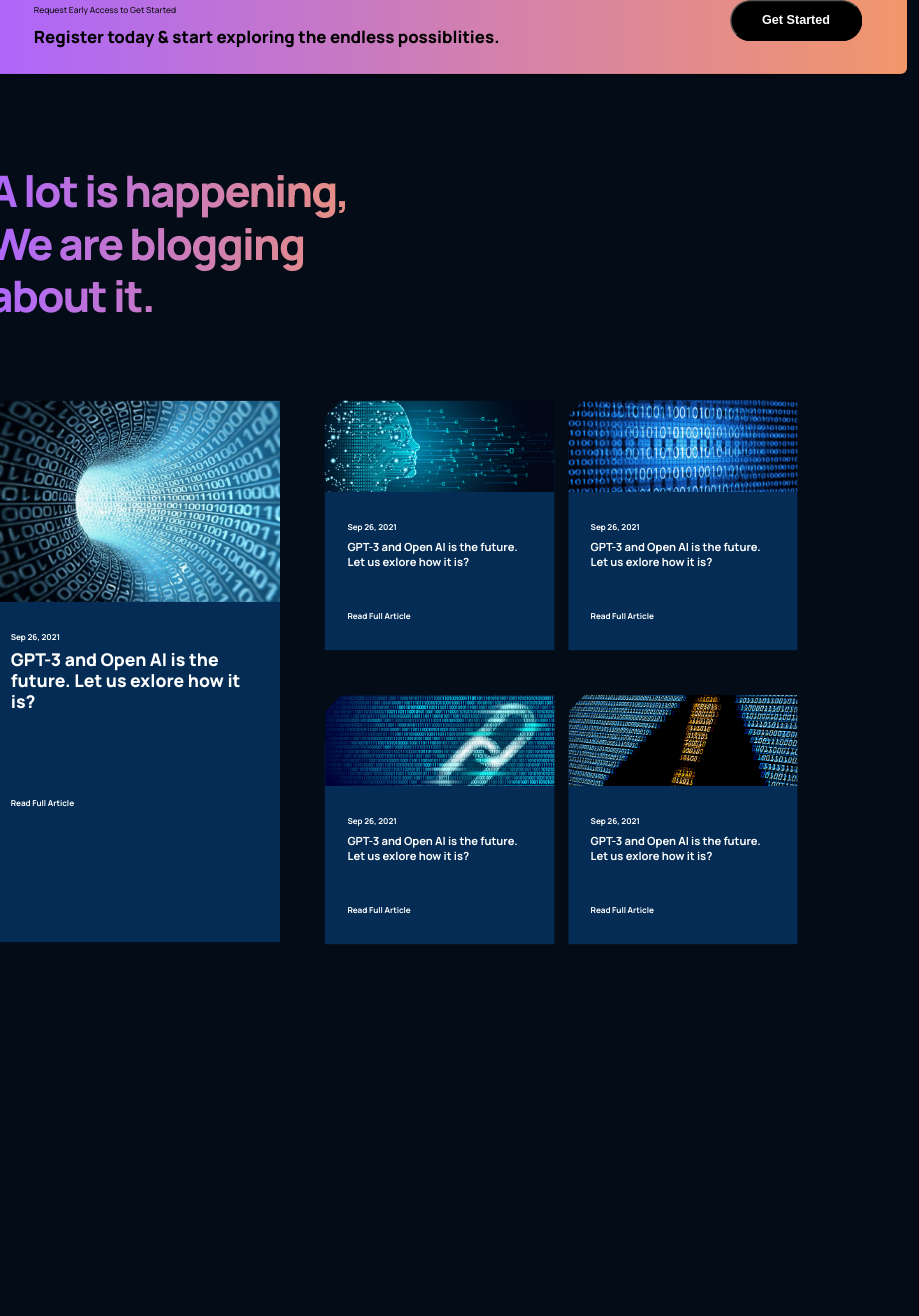
Repository: guilhermecardoso93/lp-gpt3
Page: index.html
The author's editor kept a copy of each file at every save. The page is drawn from the files as they stood at one save, then again after a run of saves.
The browser window is 1280 px wide. The page is 1313 px wide, so the pictures cover 1313 px, including what lies to the right of the window. The pictures show the part of the page from y = 3117 to 4997 px (the page is 6540 px tall before and 7301 px after), at 70% of full size.

Above is the page before, as saved 2022-08-23 22:38:57.

After the next 3 saves:
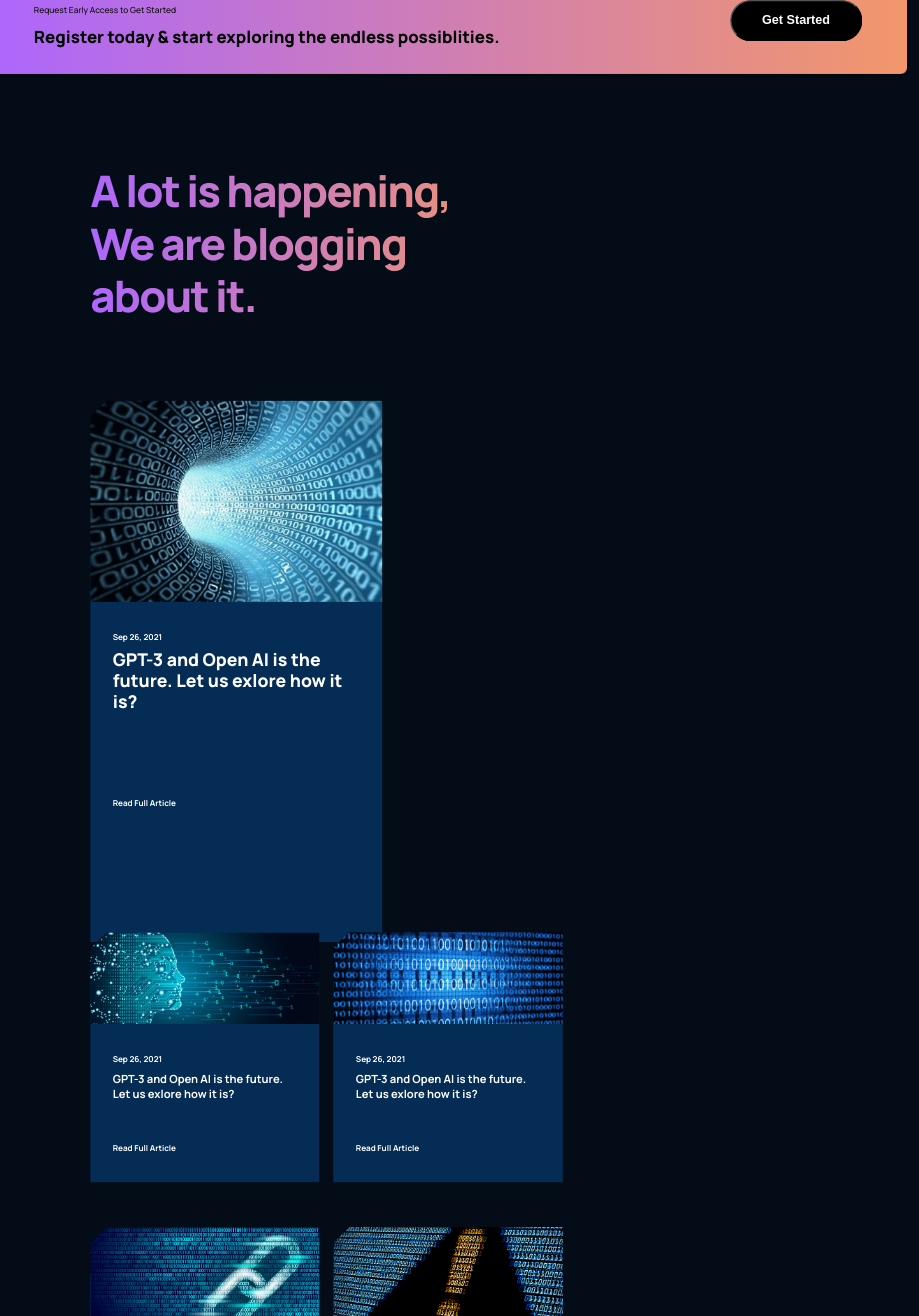
The 3 saves are shown as one change because they came seconds apart.
The last was saved 20 s later.
--- a/style.css
+++ b/style.css
@@ -496,6 +496,9 @@
 
 .midlleContainer {
   display: flex;
+  display: flex;
+  flex-direction: column;
+  justify-content: center;
   gap: 4rem;
 }
 
@@ -512,7 +515,7 @@
 
 .area1 {
   width: 417.03px;
-  height: 696.16px
+  height: 696.16px;
 }
 
 .area1 .MiddleDiv {
@@ -520,8 +523,7 @@
   padding: 2rem;
   color: #fff;
   padding-top: 6rem;
-  height: 550.16px
-
+  height: 550.16px;
 }
 
 .midlleContainer div p {

After the 2 saves that followed:
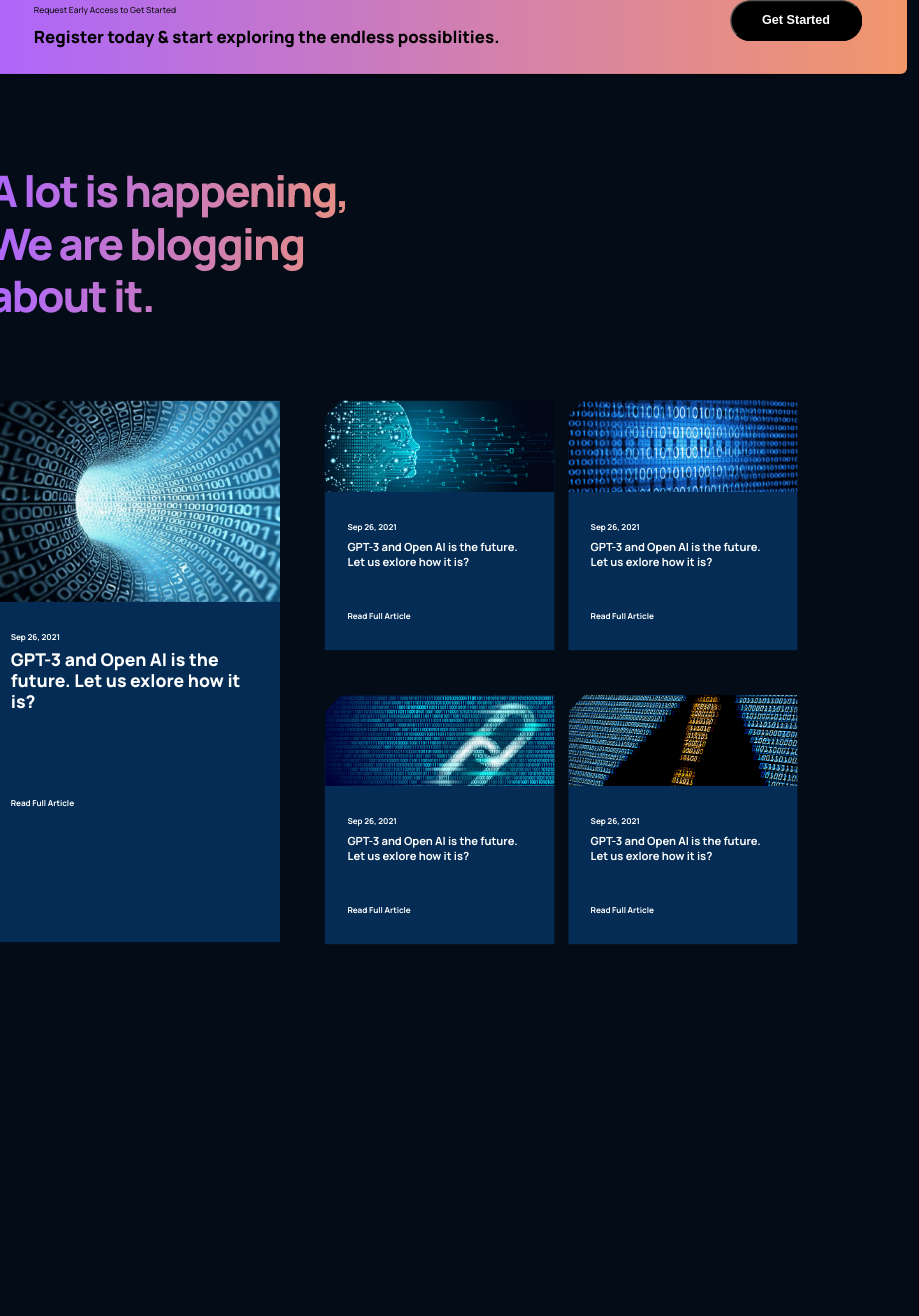
The 2 saves are shown as one change because 1 left the picture as it was.
The last was saved 12 s later.
--- a/style.css
+++ b/style.css
@@ -496,8 +496,7 @@
 
 .midlleContainer {
   display: flex;
-  display: flex;
-  flex-direction: column;
+  flex-direction: row;
   justify-content: center;
   gap: 4rem;
 }
